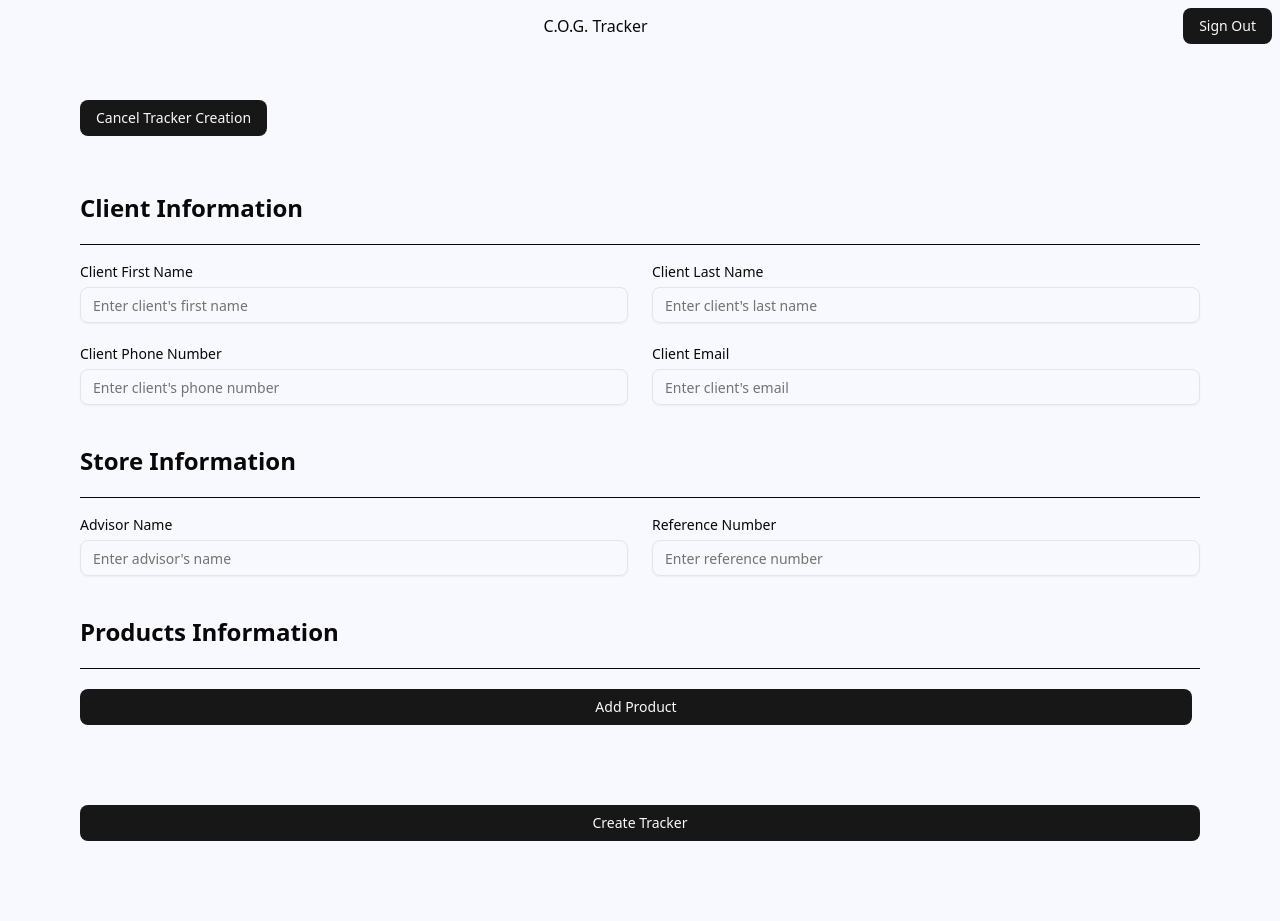
Repository: Renzo-Salosagcol/cog_tracker
Page: /dashboard/add-tracker
An editor plug-in stored every save of this project. The page is shown before and after the next save, followed by the edit.
The browser window is 1280 px wide. The pictures show the whole page.
The page's requests for data from a server got no answer. The project was rebuilt for these pictures with package versions that can differ from the ones it lists, and the page was loaded fresh each time. The framework's server and built-in components were replaced by stand-ins that run in the browser. No one was signed in, and anything a server would have sent is missing. Also part of the build but not shown: next.config.ts.

Above is the page before, as saved 2026-01-16 19:43:38.

After the next save:
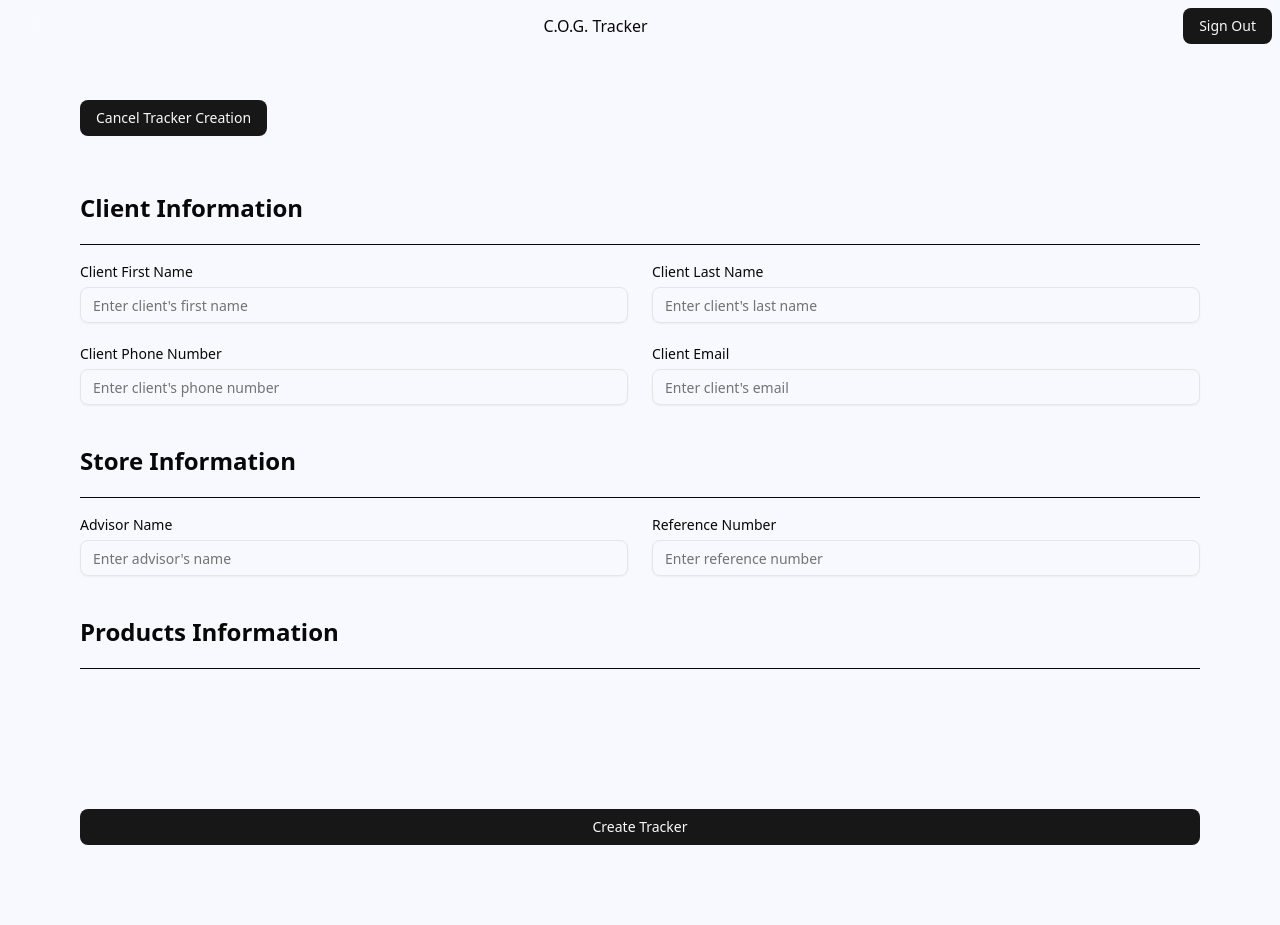
Saved 4 min 47 s later.
--- a/app/dashboard/add-tracker/page.tsx
+++ b/app/dashboard/add-tracker/page.tsx
@@ -86,9 +86,15 @@ export default function AddTrackerPage() {
     },
   })
 
-  async function checkValue(formValues: z.infer<typeof formSchema>) {
-    console.log(formValues.client_phone_number)
-  }
+  const productForm = useForm({
+    resolver: zodResolver(productSchema),
+    defaultValues: {
+      product_name: "",
+      product_sku: "",
+      product_size: "",
+      quantity: 1,
+    },
+    })
 
   async function onSubmit(formValues: z.infer<typeof formSchema>) {
     console.log("testing");
@@ -200,7 +206,21 @@ export default function AddTrackerPage() {
             <div className="flex flex-col gap-4 space-y-1 my-10">
               <Label className="text-2xl font-bold">Products Information</Label>
               <Separator className="space-y-2"/>
-              <Button onClick={incrementCount} className="mr-2">Add Product</Button>
+              <div>
+                <Form {... productForm}>
+                  <form
+                    onSubmit={productForm.handleSubmit((productValues) => {
+                      const currentProducts = form.getValues("products");
+                      form.setValue("products", [
+                        ...currentProducts, productValues,
+                      ]);
+                      productForm.reset();
+                    })}
+                    className="space-y-4 mb-10"
+                  >
+                  </form>
+                </Form>
+              </div>
             </div>
             <Button type="submit" className="w-full mt-10">Create Tracker</Button>
           </form>
